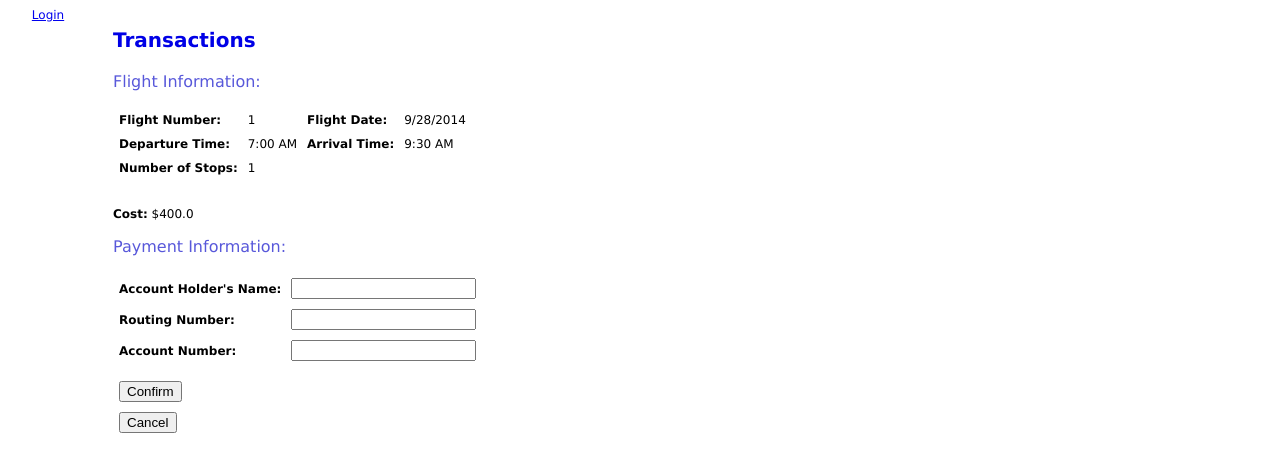
Repository: jliu9000/CSE-464---Flight-Pages
Page: http://localhost/HW1/Transaction.jsp
These files come from the project's save history. The page is drawn as it stood at one moment and after the next save; the edit follows.
The browser window is 1280 px wide. The pictures show the whole page.
The page is served by Tomcat 9.

Above is the page before, as saved 2014-09-24 03:06:49.

After the next save:
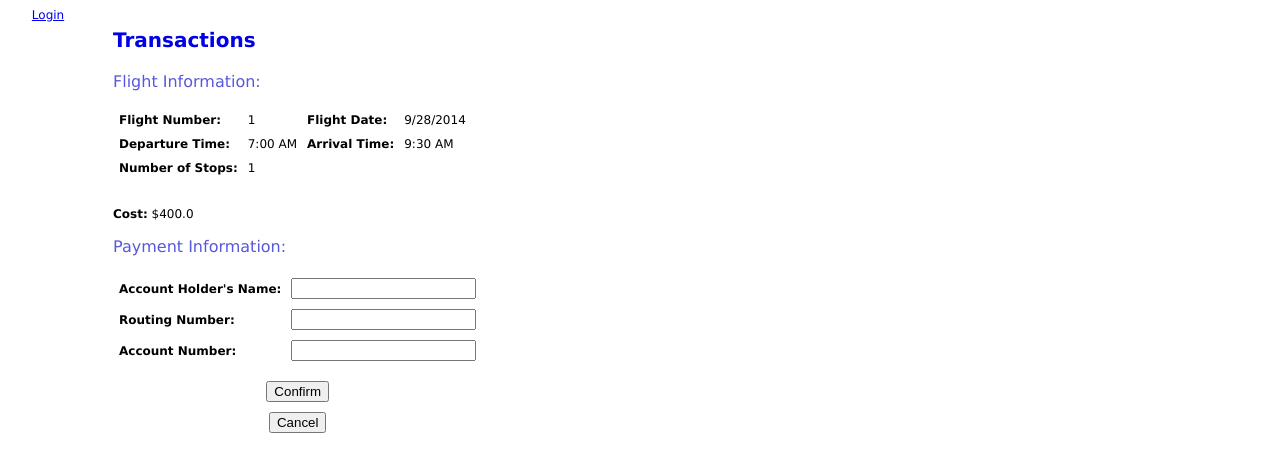
Saved 19 s later.
--- a/HW1/WebContent/Transaction.jsp
+++ b/HW1/WebContent/Transaction.jsp
@@ -59,14 +59,14 @@
 					<td></td><td></td>
 				</tr>
 				<tr>
-					<td colspan=2 text-align='center'>
+					<td colspan=2 class='button'>
 						<input type="submit" value="Confirm"></input>
 						</form>
 					</td>
 
 				</tr>
 				<tr>
-					<td colspan=2 align='center'>
+					<td colspan=2 class='button'>
 						<a href="FlightSearch.jsp"><button>Cancel</button></a>
 					</td>
 
